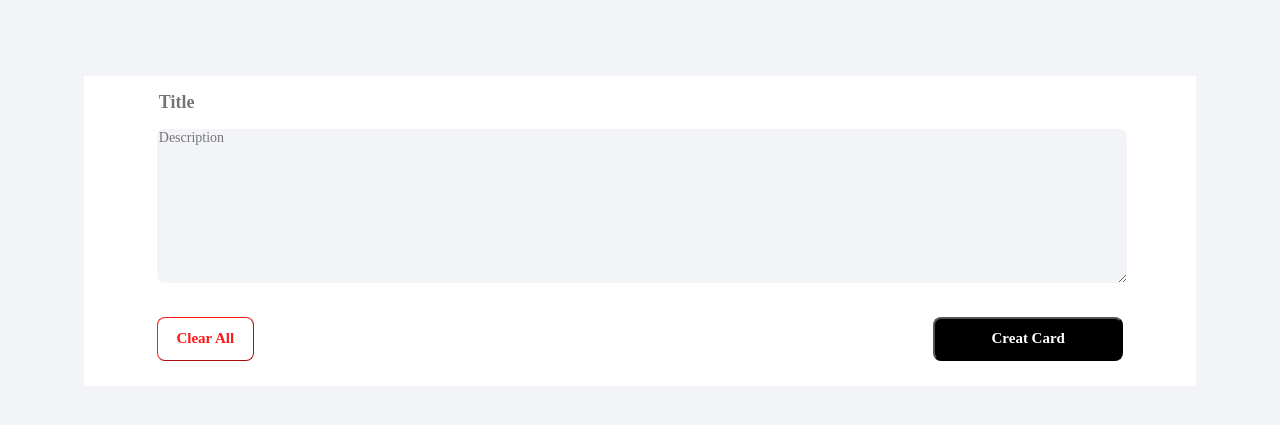
Repository: ReyhanehRahmani/TO-DO
Page: index.html
These files come from the project's save history. The page is drawn as it stood at one moment and after the next save; the edit follows.
The browser window is 1280 px wide. The pictures show the whole page.
Some web fonts or font styles are not loaded; a fallback is used.

Above is the page before, as saved 2025-06-08 10:49:23.

After the next save:
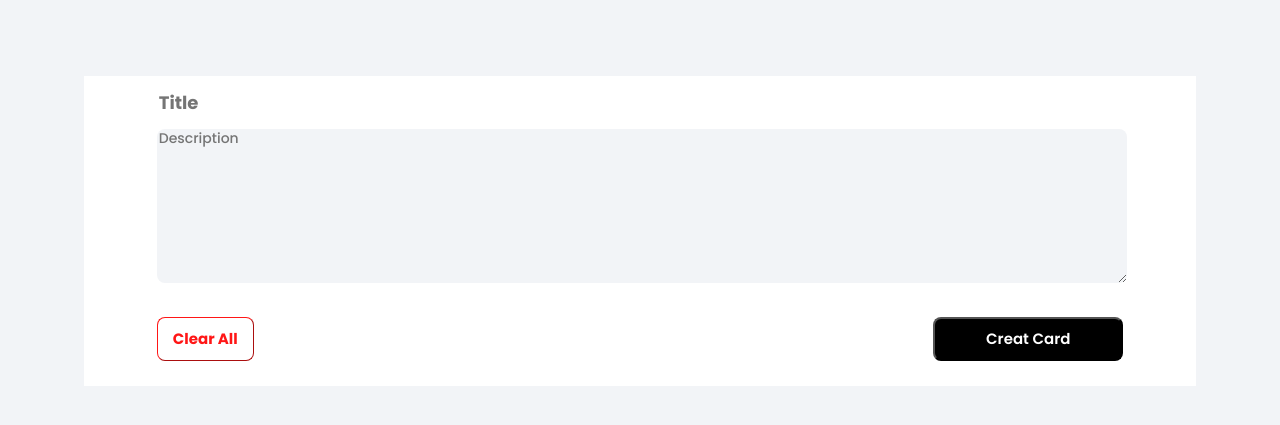
Saved 72 s later.
--- a/index.html
+++ b/index.html
@@ -11,6 +11,12 @@
         <link rel="icon" type="image/jpg" href="favicon.png">
 
         <link rel="stylesheet" href="style.css">
+
+        <link rel="preconnect" href="https://fonts.googleapis.com">
+
+        <link rel="preconnect" href="https://fonts.gstatic.com" crossorigin>
+
+        <link href="https://fonts.googleapis.com/css2?family=Poppins:ital,wght@0,100;0,200;0,300;0,400;0,500;0,600;0,700;0,800;0,900;1,100;1,200;1,300;1,400;1,500;1,600;1,700;1,800;1,900&family=Sofia+Sans:ital,wght@0,1..1000;1,1..1000&display=swap" rel="stylesheet">
 
     </head>
     <body>
